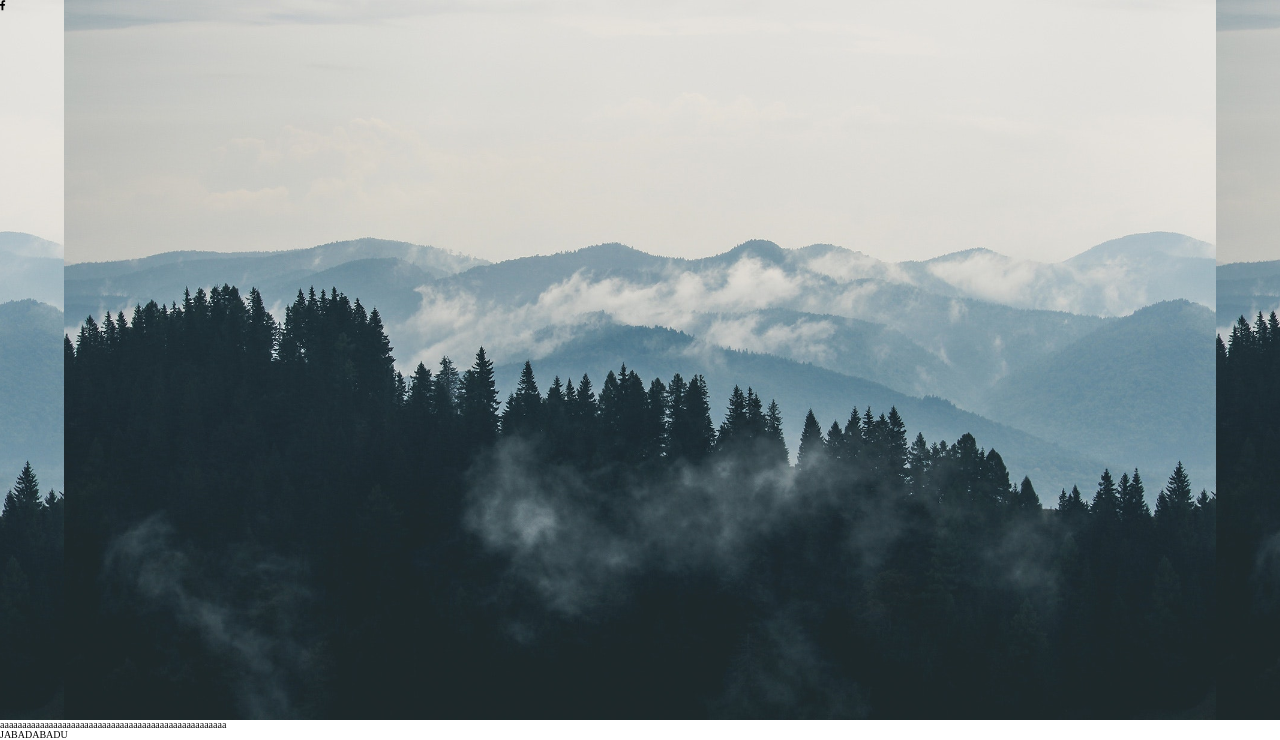
Repository: Maxs777/wizytowka
Page: index.html
These files come from the project's save history. The page is drawn as it stood at one moment and after a run of saves; the edit follows.
The browser window is 1280 px wide. The pictures show the whole page.

Above is the page before, as saved 2019-03-06 20:50:45.

### index.html
<!DOCTYPE html>
<html lang="pl">
<head>
    <meta charset="UTF-8">
    <meta name="viewport" content="width=device-width, initial-scale=1.0">
    <meta http-equiv="X-UA-Compatible" content="ie=edge">
    <link rel="stylesheet" href="_css/style.css">
    <title>Strona-wizytówka</title>
    <meta name="description" content="Jest to moja pierwsza strona-wizytówka">
    <meta name="author" content="Maksymilian Suchocki">
    <link rel="stylesheet" href="https://use.fontawesome.com/releases/v5.7.2/css/all.css"
        integrity="sha384-fnmOCqbTlWIlj8LyTjo7mOUStjsKC4pOpQbqyi7RrhN7udi9RwhKkMHpvLbHG9Sr" crossorigin="anonymous">

</head>
<body>
    <div class="container">
        <header>
<i class="fab fa-facebook-f"></i>
        </header>
        <nav>
aaaaaaaaaaaaaaaaaaaaaaaaaaaaaaaaaaaaaaaaaaaaaaaaaaa
        </nav>
        <main>
<h1>JABADABADU</h1>
        </main>
        <footer>

        </footer>
    </div>
</body>
</html>

### _css/style.css
@import url('reset.css');

:root{
    /* -----------------------------fonts */
    font-size: 62.5%;

    /*---------------------------- colors */
    --dark-blue-color: #2C3E50;
    --red-color: #E74C3C;
    --white-color: #ECF0F1;
    --main-blue: #3498DB;
    --second-blue: #2980B9;
    /* ---------------------------------- */

}

*,
*::after,
*::before{
    box-sizing: border-box;
}

.hide{
    position: absolute;
    clip:rect(0px 0px 0px 0px);
    *clip: rect(0 0 0 0);
}

header{
    height: 100vh;
    width: 100vw;
    background: url(../_assets/_img/background.jpg) center center/ contain;
}

Loaded but not shown: _css/reset.css (common file)

After the next 2 saves:
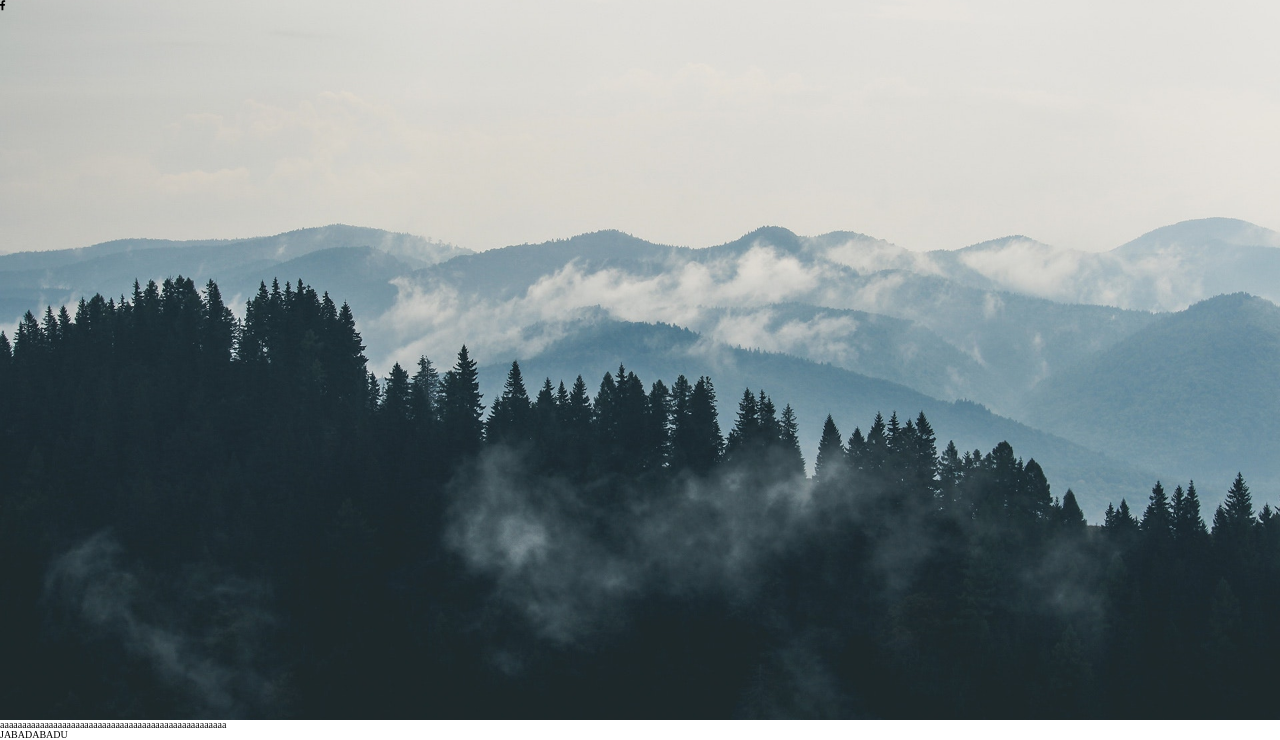
The 2 saves are shown as one change because they came seconds apart.
The last was saved 10 s later.
--- a/_css/style.css
+++ b/_css/style.css
@@ -29,5 +29,5 @@
 header{
     height: 100vh;
     width: 100vw;
-    background: url(../_assets/_img/background.jpg) center center/ contain;
+    background: url(../_assets/_img/background.jpg) center center/ cover;
 }
